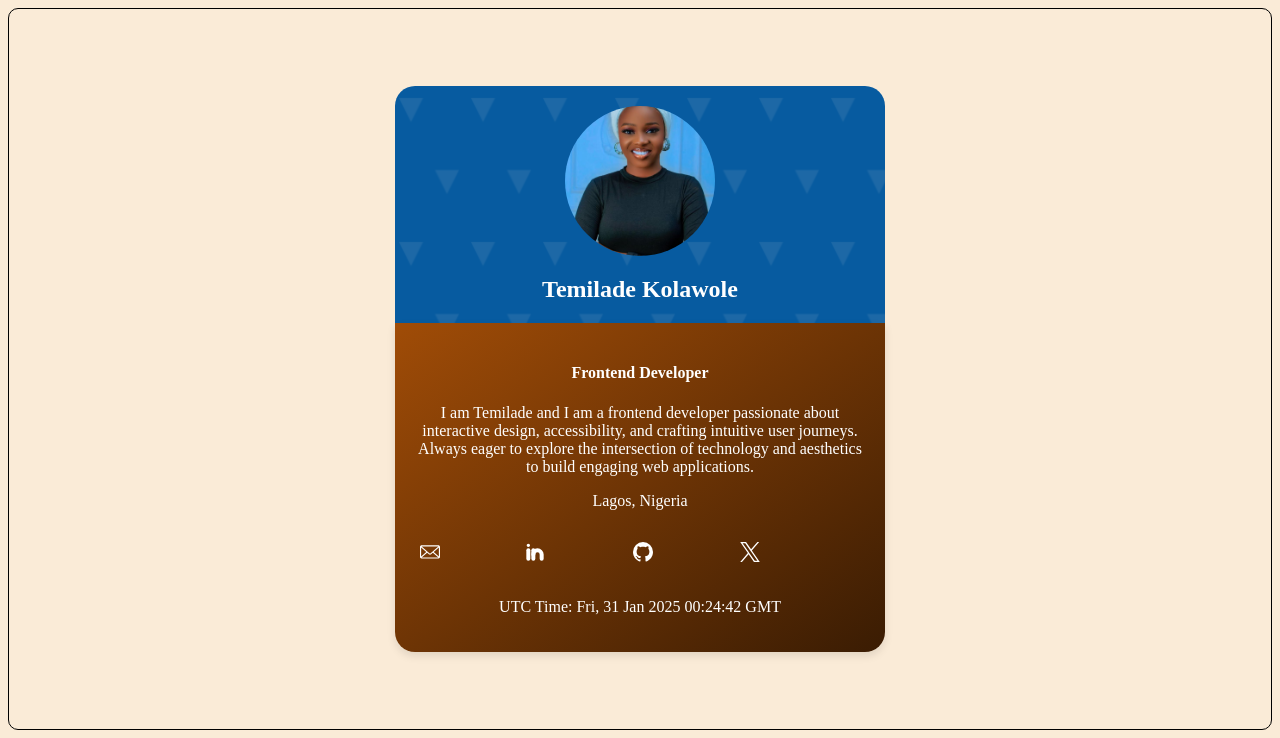
Repository: KolawoleTemilade/ticket-guarantor
Page: profilecard/index..html
These files come from the project's save history. The page is drawn as it stood at one moment and after the next save; the edit follows.
The browser window is 1280 px wide. The pictures show the whole page.

Above is the page before, as saved 2025-02-05 01:31:43.

### profilecard/index..html
<!DOCTYPE html>
<html lang="en">
  <head>
    <meta charset="UTF-8" />
    <meta name="viewport" content="width=device-width, initial-scale=1.0" />
    <title>Profile Card</title>
    <link rel="stylesheet" href="style.css" />
  </head>
  <body>
    <section class=" ">
      <div class="background" style="background-image: url('./asset/bgo.svg')">
        <img
          src="./asset/profile.jpg"
          alt="Profile Picture"
          data-testid="profilePicture"
        />
        <h2 class="fullname" data-testid="fullName">Temilade Kolawole</h2>
      </div>
      <div class="card">
        <h4 data-testid="jobTitle">Frontend Developer</h4>
        <p data-testid="shortBio">
          I am Temilade and I am a frontend developer passionate about
          interactive design, accessibility, and crafting intuitive user
          journeys. Always eager to explore the intersection of technology and
          aesthetics to build engaging web applications.
        </p>
        <p data-testid="currentLocation">Lagos, Nigeria</p>

        <div class="social-links" data-testid="socialLinks">
          <p data-testid="emailAddress">
            <a href="mailto:temiladekolawole008@gmail.com" target="_blank">
              <img src="./asset/email.svg" alt="email- image">
            </a>
          </p>

          <a
            href="https://linkedin.com/in/temiladekolawole13"
            target="_blank"
            class="socials"
          >
            <img src="./asset/linkedin.svg" alt=" linkedin image" /></a
          >
          <a href="https://github.com/kolawoleTemilade" target="_blank"
            ><img src="./asset/github.svg" alt="Github-image"></a
          >
          <a
            href="https://twitter.com/temmie415"
            target="_blank"
            class="socials"
          >
            <img src="./asset/twitter.svg" alt=" twitter image"
          /></a>
        </div>
        <p data-testid="currentTimeUTC" id="utcTime"></p>
      </div>
    </section>

    <script>
      // Update UTC time every second
      function updateTime() {
        const utcTime = new Date().toUTCString();
        document.getElementById("utcTime").textContent = `UTC Time: ${utcTime}`;
      }

      // Initial call and set interval
      updateTime();
      setInterval(updateTime, 1000);
    </script>
  </body>
</html>

### profilecard/style.css
body {
  display: flex;
  align-items: center;
  justify-content: center;
  height: 100vh;
  border: 1px solid ;
  border-radius: 10px;
  background-color: antiquewhite;
}

.card {
  background: #fff;
  padding: 20px;
  border-radius: 0 0  20px 20px;
  box-shadow: 0 4px 8px rgba(0, 0, 0, 0.1);
  text-align: center;
  max-width: 450px;
  width: 100%;
  background: linear-gradient(145deg, #A04C07, #3A1C03);
}
.card p, .card h4{
  color: #fff;
}
.card h4 {
  font-size: 16px;
}
.background {
  width: 100%;
  padding: 0;
  display: flex;
  flex-direction: column;
  justify-content: center;
  align-items: center;
  border-radius:20px 20px   0 0 ;
}
.background > img {
  width: 150px;
  height: 150px;
  border-radius: 50%;
  object-fit: cover;
  margin-top: 20px;
}
.fullname {
  color: #fff;
  font-size: 24px;
}

a {
  margin: 0 5px;
  text-decoration: none;
  color: white;
}
.social-links {
  display: flex;
  justify-content: space-between;
  align-items: center;
  max-width: 350px;

}


.socials img {
  width: 20px;
  height: 20px;
}

### profilecard/asset/linkedin.svg
<svg width="10" height="10" viewBox="0 0 20 20" fill="none" xmlns="http://www.w3.org/2000/svg">
<path d="M3.33335 4.99999C4.25383 4.99999 5.00002 4.2538 5.00002 3.33332C5.00002 2.41285 4.25383 1.66666 3.33335 1.66666C2.41288 1.66666 1.66669 2.41285 1.66669 3.33332C1.66669 4.2538 2.41288 4.99999 3.33335 4.99999Z" fill="white"/>
<path d="M3.33331 8.33334V16.6667" stroke="white" stroke-width="4" stroke-linecap="round" stroke-linejoin="round"/>
<path d="M8.33331 8.33334V16.6667" stroke="white" stroke-width="4" stroke-linecap="round" stroke-linejoin="round"/>
<path d="M8.33331 12.5C8.33331 10.2 10.2 8.33334 12.5 8.33334C14.8 8.33334 16.6666 10.2 16.6666 12.5V16.6667" stroke="white" stroke-width="4" stroke-linecap="round" stroke-linejoin="round"/>
</svg>

### profilecard/asset/github.svg
<svg xmlns="http://www.w3.org/2000/svg" width="24" height="24" viewBox="0 0 24 24"><path fill="#ffffff" d="M12 2A10 10 0 0 0 2 12c0 4.42 2.87 8.17 6.84 9.5c.5.08.66-.23.66-.5v-1.69c-2.77.6-3.36-1.34-3.36-1.34c-.46-1.16-1.11-1.47-1.11-1.47c-.91-.62.07-.6.07-.6c1 .07 1.53 1.03 1.53 1.03c.87 1.52 2.34 1.07 2.91.83c.09-.65.35-1.09.63-1.34c-2.22-.25-4.55-1.11-4.55-4.92c0-1.11.38-2 1.03-2.71c-.1-.25-.45-1.29.1-2.64c0 0 .84-.27 2.75 1.02c.79-.22 1.65-.33 2.5-.33s1.71.11 2.5.33c1.91-1.29 2.75-1.02 2.75-1.02c.55 1.35.2 2.39.1 2.64c.65.71 1.03 1.6 1.03 2.71c0 3.82-2.34 4.66-4.57 4.91c.36.31.69.92.69 1.85V21c0 .27.16.59.67.5C19.14 20.16 22 16.42 22 12A10 10 0 0 0 12 2"/></svg>

### profilecard/asset/twitter.svg
<svg width="10" height="10" viewBox="0 0 20 20" fill="none" xmlns="http://www.w3.org/2000/svg">
<path d="M11.8619 8.46875L19.1472 0H17.4207L11.095 7.35313L6.04253 0H0.215027L7.85534 11.1194L0.215027 20H1.94159L8.6219 12.2348L13.9575 20H19.785L11.8614 8.46875H11.8619ZM9.49722 11.2172L8.723 10.11L2.56362 1.29969H5.2155L10.186 8.41L10.96 9.51719L17.4214 18.7594H14.7699L9.49722 11.2177V11.2172Z" fill="white"/>
</svg>

After the next save:
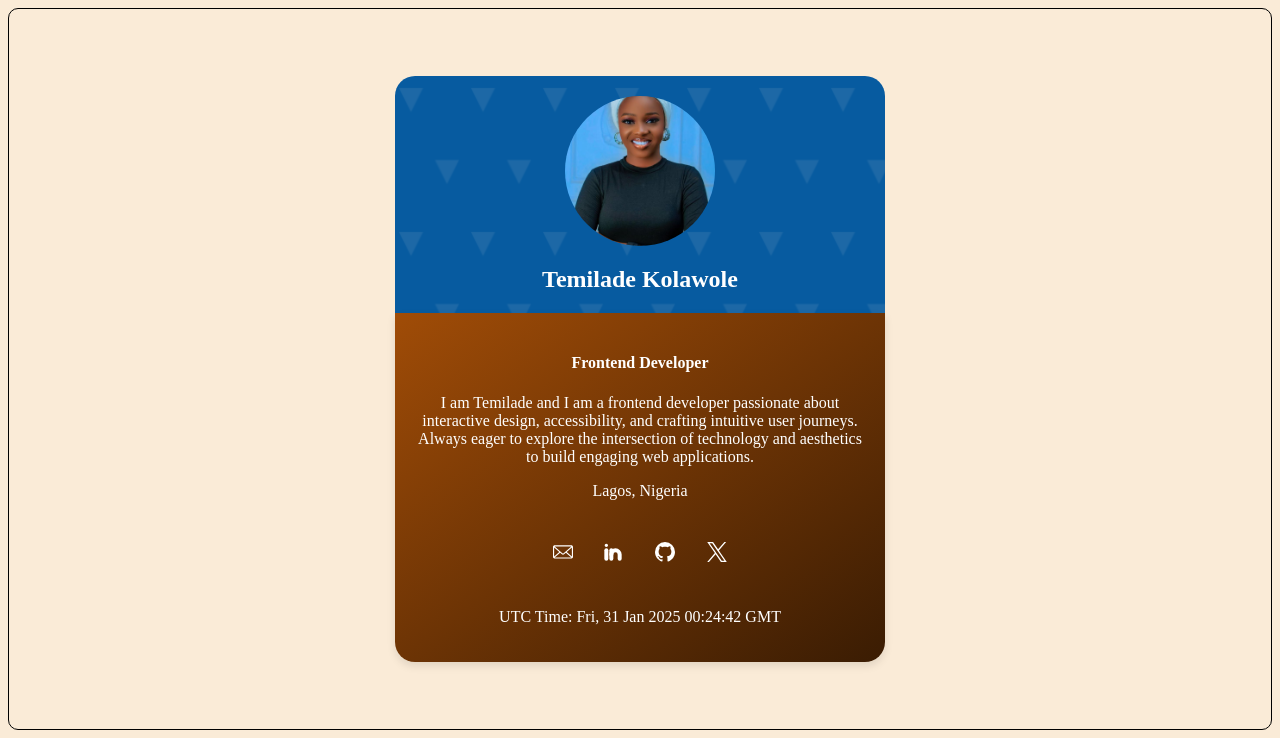
Saved 9 s later.
--- a/profilecard/style.css
+++ b/profilecard/style.css
@@ -63,3 +63,23 @@ a {
   width: 20px;
   height: 20px;
 }
+.social-links {
+  display: flex;
+  justify-content: center;
+  gap: 20px;
+  margin: 15px auto;
+  padding: 10px 0;
+  width: 100%;
+}
+
+a {
+  margin: 0 5px;
+  text-decoration: none;
+  color: white;
+  transition: all 0.3s ease;
+}
+
+a:hover {
+  color: #ffd700;
+  transform: translateY(-2px);
+}

After the save that followed:
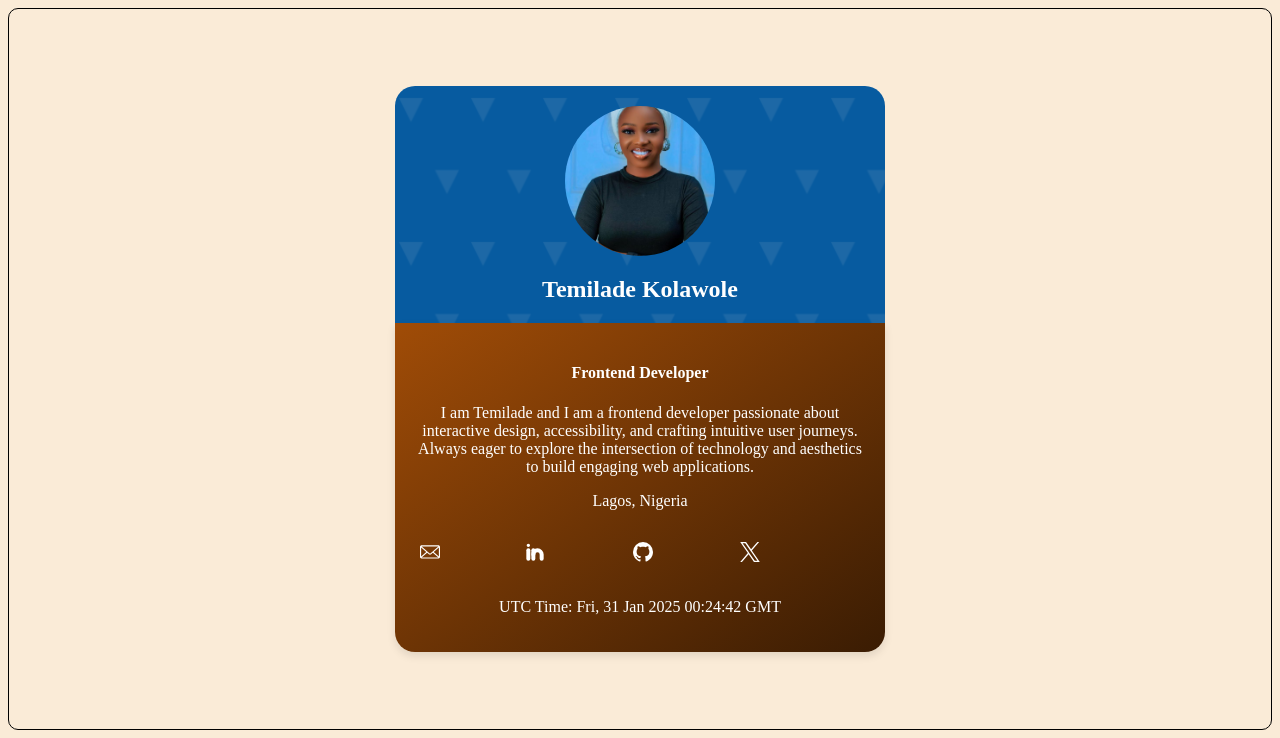
Saved 9 s later.
--- a/profilecard/style.css
+++ b/profilecard/style.css
@@ -63,23 +63,3 @@ a {
   width: 20px;
   height: 20px;
 }
-.social-links {
-  display: flex;
-  justify-content: center;
-  gap: 20px;
-  margin: 15px auto;
-  padding: 10px 0;
-  width: 100%;
-}
-
-a {
-  margin: 0 5px;
-  text-decoration: none;
-  color: white;
-  transition: all 0.3s ease;
-}
-
-a:hover {
-  color: #ffd700;
-  transform: translateY(-2px);
-}
